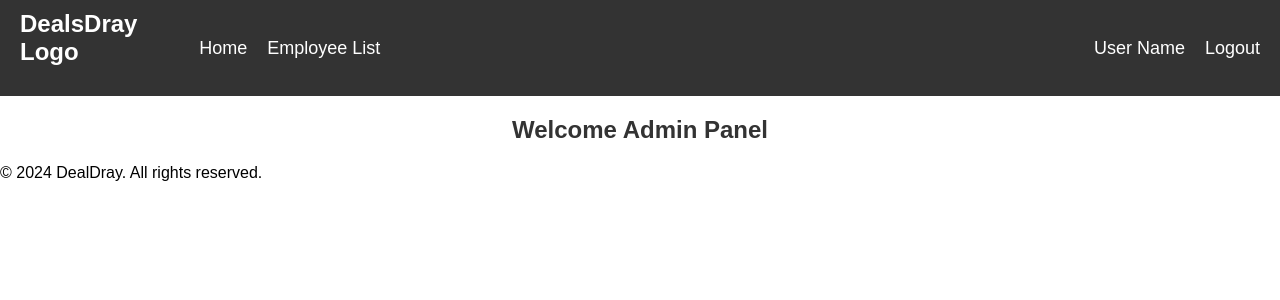
Repository: Mahanandapadavale123/dealsdray
Page: /dashboard (app in frontend/)
These files come from the project's save history. The page is drawn as it stood at one moment and after the next save; the edit follows.
The browser window is 1280 px wide. The pictures show the whole page.
The page's requests for data from a server got no answer. The project was rebuilt for these pictures with package versions that can differ from the ones it lists, and the page was loaded fresh each time. No one was signed in, and anything a server would have sent is missing. Also part of the build but not shown: frontend/src/views/login.jsx, frontend/src/views/EmployeeList.js, frontend/src/views/createemployee.jsx.

Above is the page before, as saved 2024-09-19 18:16:33.

After the next save:
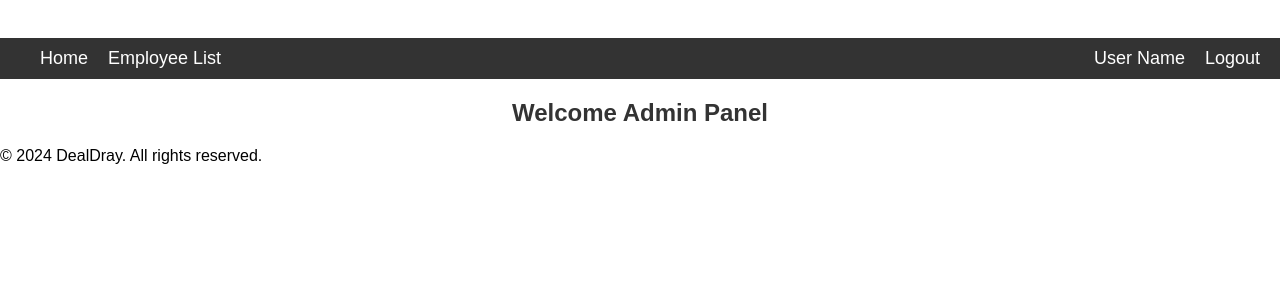
Saved 43 s later.
--- a/frontend/src/views/layout/header.jsx
+++ b/frontend/src/views/layout/header.jsx
@@ -1,28 +1,35 @@
-import React from 'react';
-import '../../css/navbar.css';
+import React from "react";
+import "../../css/navbar.css";
 
 const Header = () => {
   return (
-    <header class="header">
-      <div class="row">
+    <>
+      <div class="row topbar">
         <div class="logo">DealsDray Logo</div>
       </div>
+
+      <header class="header">
         <nav class="navbar">
+          <ul class="nav-links">
+            <li>
+              <a href="/dashboard">Home</a>
+            </li>
+            <li>
+              <a href="/employee-list">Employee List</a>
+            </li>
+          </ul>
 
-            <ul class="nav-links">
-                <li><a href="/dashboard">Home</a></li>
-                <li><a href="/employee-list">Employee List</a></li>
-            </ul>
-
-            <ul class="nav-links">
-                <li><a href="/dashboard">User Name</a></li>
-                <li><a href="/employee-list">Logout</a></li>
-            </ul>
-
-
+          <ul class="nav-links">
+            <li>
+              <a href="/dashboard">User Name</a>
+            </li>
+            <li>
+              <a href="/employee-list">Logout</a>
+            </li>
+          </ul>
         </nav>
-    </header>
-
+      </header>
+    </>
   );
 };
 
